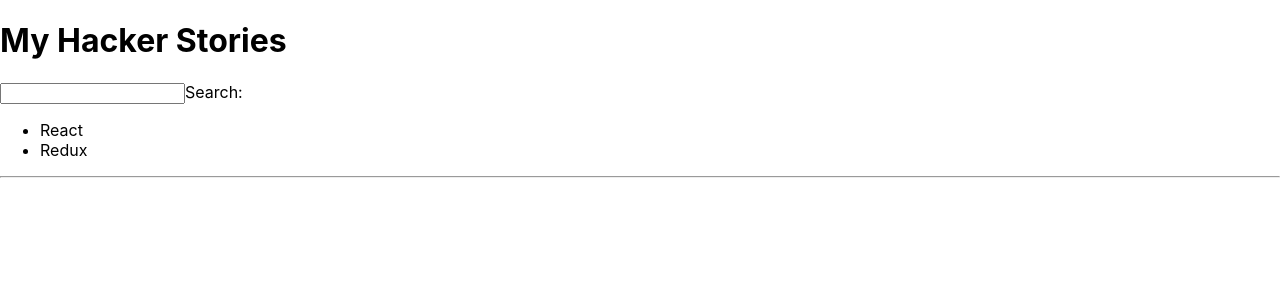
Repository: m-ahmadshaikh/FullStackProjects
Page: / (app in 03-react/hacker-stories/)
These files come from the project's save history. The page is drawn as it stood at one moment and after the next save; the edit follows.
The browser window is 1280 px wide. The pictures show the whole page.
The project was rebuilt for these pictures with package versions that can differ from the ones it lists, and the page was loaded fresh each time. Also part of the build but not shown: 03-react/hacker-stories/src/App.css.

Above is the page before, as saved 2022-08-24 09:45:19.

After the next save:
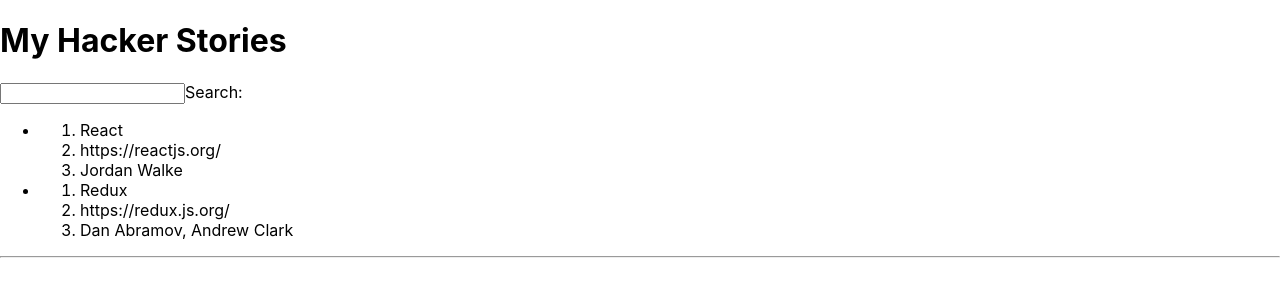
Saved 4 s later.
--- a/03-react/hacker-stories/src/App.jsx
+++ b/03-react/hacker-stories/src/App.jsx
@@ -22,7 +22,13 @@
   },
 ];
 const newN = list.map((item) => (
-  <li>{item.id}</li>
+  <li key={item.objectID}>
+    <ol>
+      <li>{item.title}</li>
+      <li>{item.url}</li>
+      <li>{item.author}</li>
+    </ol>
+  </li>
 ));
 function App() {
   return (
@@ -36,10 +42,8 @@
         {' '}
       </label>
       <ul>
-{list.map(function (item) {
-return <li key={item.objectID}>{item.title}</li>;
-})}
-</ul>
+        {newN}
+      </ul>
       <hr />
     </div>
   );
